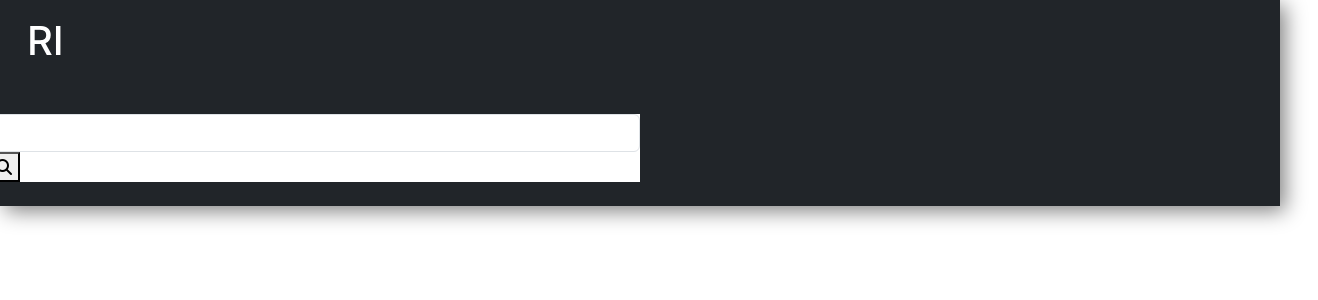
Repository: KodandaraoChellapilli/e-store
Page: /
An editor plug-in stored every save of this project. The page is shown before and after the next save, followed by the edit.
The browser window is 1280 px wide. The page is 1318 px wide, so the pictures cover 1318 px, including what lies to the right of the window. The pictures show the whole page.
The project was rebuilt for these pictures with package versions that can differ from the ones it lists, and the page was loaded fresh each time.

Above is the page before, as saved 2025-06-04 12:19:53.

After the next save:
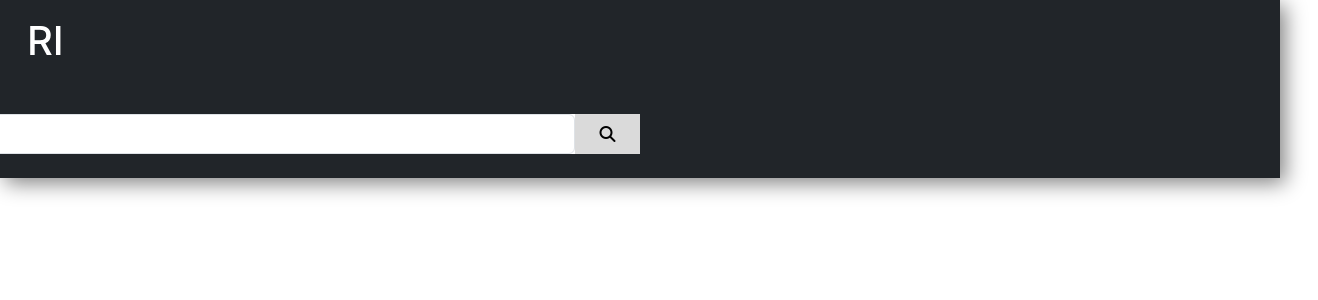
Saved 2 min 55 s later.
--- a/src/App.css
+++ b/src/App.css
@@ -8,3 +8,16 @@
   margin-left: 2%;
   padding: 0.8em;
 }
+
+.inp-container input{
+  display: inline-block;
+  width: 90%;
+  height: 2.5em;
+}
+
+.inp-container button{
+  width: 10%;
+  height: 2.5em;
+  border: none;
+  background-color: #dadada;
+}
